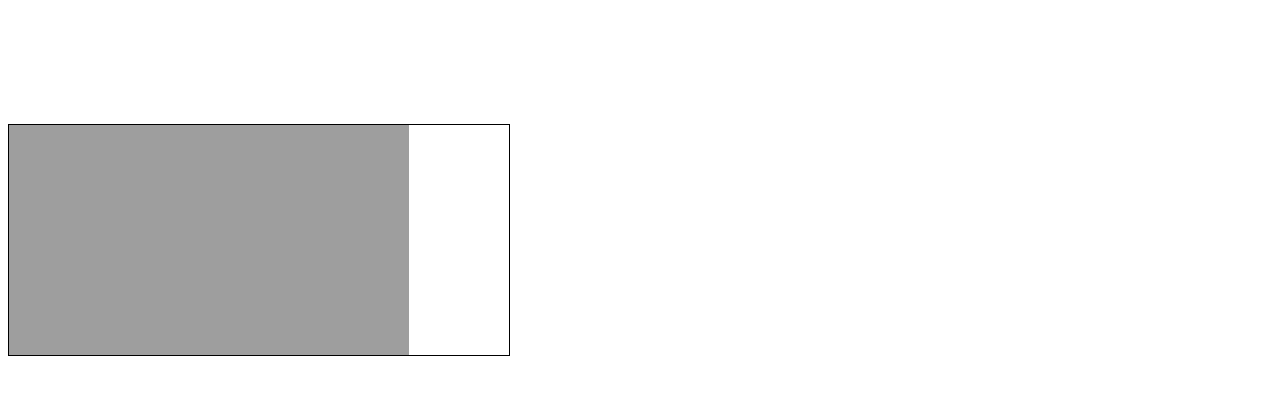
Repository: Tranduchieu2002/FlappyBird
Page: Flappy.html
An editor plug-in stored every save of this project. The page is shown before and after the next save, followed by the edit.
The browser window is 1280 px wide. The pictures show the whole page.

Above is the page before, as saved 2021-09-14 14:17:37.

After the next save:
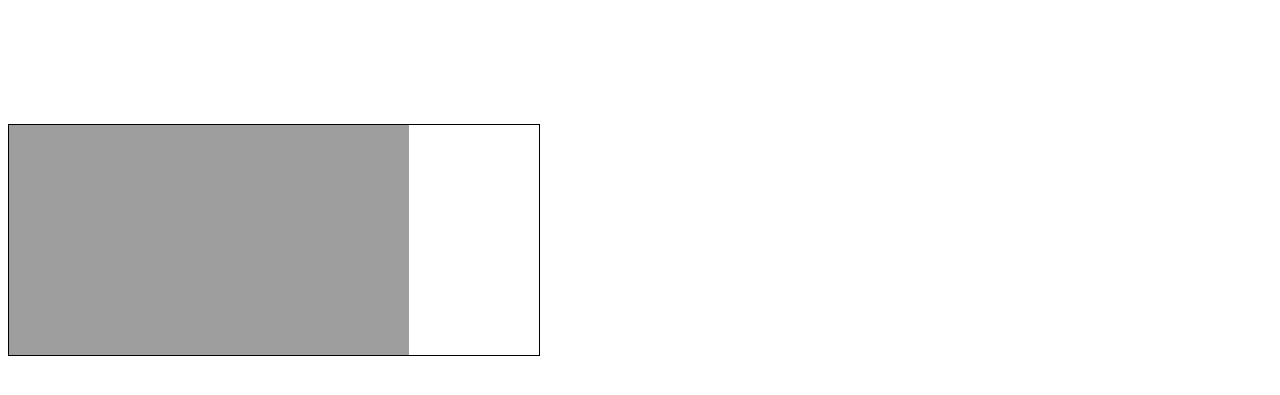
Saved 4 s later.
--- a/Flappy.html
+++ b/Flappy.html
@@ -13,7 +13,7 @@
    </style>
 </head>
 <body>
-   <canvas id="canvas" width="500px" height="230px">
+   <canvas id="canvas" width="530px" height="230px">
 
    </canvas>
    <script src="index.js"></script>
